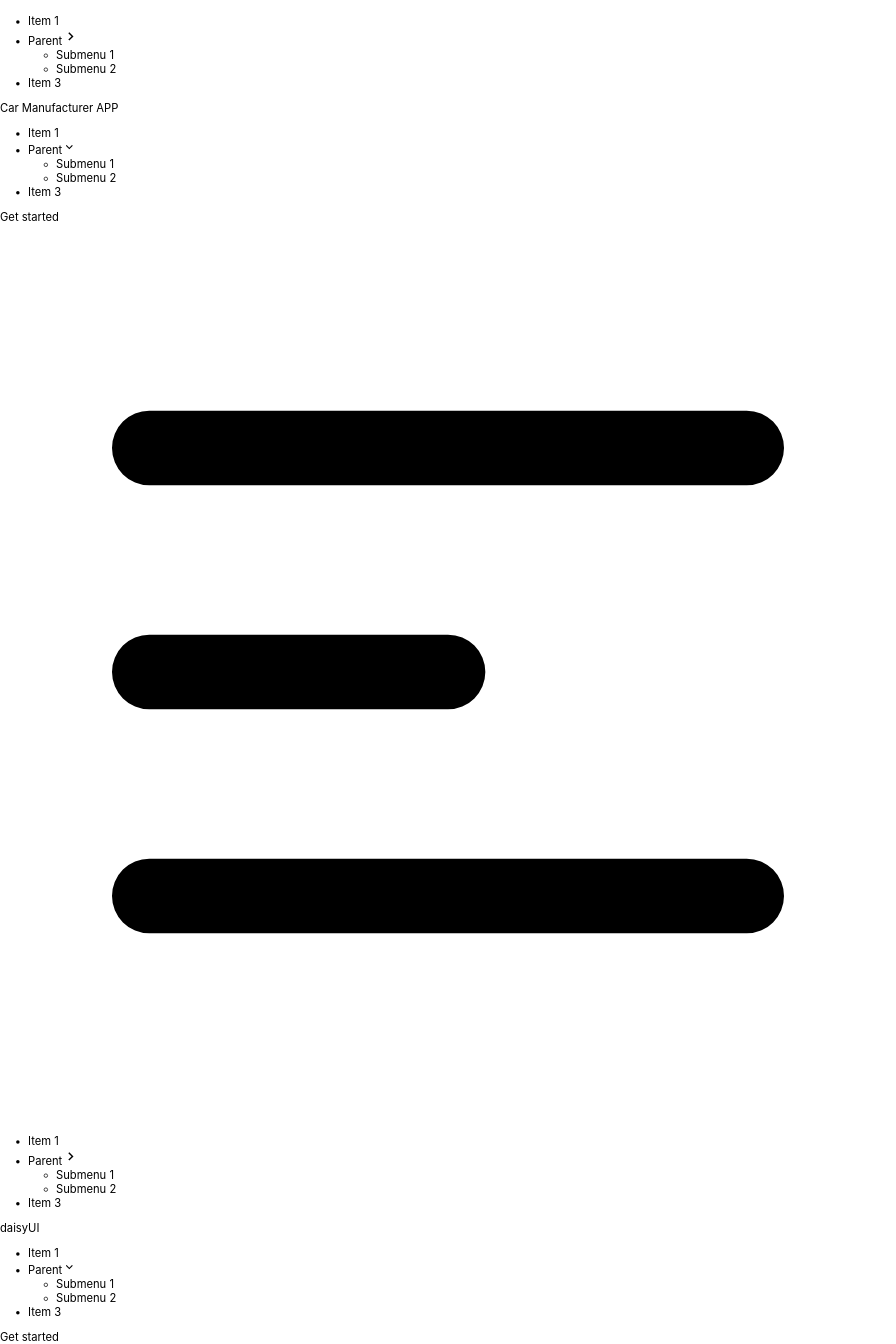
Repository: devsajid/car-manufacturer-app
Page: /
An editor plug-in stored every save of this project. The page is shown before and after the next save, followed by the edit.
The browser window is 1280 px wide. The pictures show the part of the page from y = 1280 to 3200 px (the page is 3200 px tall before and 3136 px after), at 70% of full size.
The project was rebuilt for these pictures with package versions that can differ from the ones it lists, and the page was loaded fresh each time. Also part of the build but not shown: src/App.css.

Above is the page before, as saved 2022-05-22 12:18:25.

### src/App.js
import "./App.css";
import Navbar from "./SharedComponents/Navbar/Navbar";

function App() {
  return (
    <div>
      <Navbar></Navbar>
    </div>
  );
}

export default App;

### src/SharedComponents/Navbar/Navbar.js
import React from "react";

const Navbar = () => {
  return (
    <div>
      <div class="navbar bg-neutral text-base-100">
        <div class="navbar-start text-base-100">
          <div class="dropdown">
            <label tabindex="0" class="btn btn-ghost lg:hidden">
              <svg
                xmlns="http://www.w3.org/2000/svg"
                class="h-5 w-5"
                fill="none"
                viewBox="0 0 24 24"
                stroke="currentColor"
              >
                <path
                  stroke-linecap="round"
                  stroke-linejoin="round"
                  stroke-width="2"
                  d="M4 6h16M4 12h8m-8 6h16"
                />
              </svg>
            </label>
            <ul
              tabindex="0"
              class="menu menu-compact dropdown-content mt-3 p-2 shadow bg-neutral base-100 rounded-box w-100"
            >
              <li>
                <a>Item 1</a>
              </li>
              <li tabindex="0">
                <a class="justify-between text-base-100">
                  Parent
                  <svg
                    class="fill-current"
                    xmlns="http://www.w3.org/2000/svg"
                    width="24"
                    height="24"
                    viewBox="0 0 24 24"
                  >
                    <path d="M8.59,16.58L13.17,12L8.59,7.41L10,6L16,12L10,18L8.59,16.58Z" />
                  </svg>
                </a>
                <ul class="p-2">
                  <li>
                    <a>Submenu 1</a>
                  </li>
                  <li>
                    <a>Submenu 2</a>
                  </li>
                </ul>
              </li>
              <li>
                <a>Item 3</a>
              </li>
            </ul>
          </div>
          <a className="btn btn-ghost bg- normal-case text-base-100 text-xl">
            Car Manufacturer APP
          </a>
        </div>
        <div class="navbar-center hidden lg:flex">
          <ul class="menu menu-horizontal p-0">
            <li>
              <a>Item 1</a>
            </li>
            <li tabindex="0">
              <a>
                Parent
                <svg
                  class="fill-current"
                  xmlns="http://www.w3.org/2000/svg"
                  width="20"
                  height="20"
                  viewBox="0 0 24 24"
                >
                  <path d="M7.41,8.58L12,13.17L16.59,8.58L18,10L12,16L6,10L7.41,8.58Z" />
                </svg>
              </a>
              <ul class="p-2">
                <li>
                  <a>Submenu 1</a>
                </li>
                <li>
                  <a>Submenu 2</a>
                </li>
              </ul>
            </li>
            <li>
              <a>Item 3</a>
            </li>
          </ul>
        </div>
        <div class="navbar-end">
          <a>Get started</a>
        </div>
      </div>
      <div class="navbar bg-base-100">
        <div class="navbar-start">
          <div class="dropdown">
            <label tabindex="0" class="btn btn-ghost lg:hidden">
              <svg
                xmlns="http://www.w3.org/2000/svg"
                class="h-5 w-5"
                fill="none"
                viewBox="0 0 24 24"
                stroke="currentColor"
              >
                <path
                  stroke-linecap="round"
                  stroke-linejoin="round"
                  stroke-width="2"
                  d="M4 6h16M4 12h8m-8 6h16"
                />
              </svg>
            </label>
            <ul
              tabindex="0"
              class="menu menu-compact dropdown-content mt-3 p-2 shadow bg-base-100 rounded-box w-52"
            >
              <li>
                <a>Item 1</a>
              </li>
              <li tabindex="0">
                <a class="justify-between">
                  Parent
                  <svg
                    class="fill-current"
                    xmlns="http://www.w3.org/2000/svg"
                    width="24"
                    height="24"
                    viewBox="0 0 24 24"
                  >
                    <path d="M8.59,16.58L13.17,12L8.59,7.41L10,6L16,12L10,18L8.59,16.58Z" />
                  </svg>
                </a>
                <ul class="p-2">
                  <li>
                    <a>Submenu 1</a>
                  </li>
                  <li>
                    <a>Submenu 2</a>
                  </li>
                </ul>
              </li>
              <li>
                <a>Item 3</a>
              </li>
            </ul>
          </div>
          <a class="btn btn-ghost normal-case text-xl">daisyUI</a>
        </div>
        <div class="navbar-center hidden lg:flex">
          <ul class="menu menu-horizontal p-0">
            <li>
              <a>Item 1</a>
            </li>
            <li tabindex="0">
              <a>
                Parent
                <svg
                  class="fill-current"
                  xmlns="http://www.w3.org/2000/svg"
                  width="20"
                  height="20"
                  viewBox="0 0 24 24"
                >
                  <path d="M7.41,8.58L12,13.17L16.59,8.58L18,10L12,16L6,10L7.41,8.58Z" />
                </svg>
              </a>
              <ul class="p-2">
                <li>
                  <a>Submenu 1</a>
                </li>
                <li>
                  <a>Submenu 2</a>
                </li>
              </ul>
            </li>
            <li>
              <a>Item 3</a>
            </li>
          </ul>
        </div>
        <div class="navbar-end">
          <a class="btn">Get started</a>
        </div>
      </div>
    </div>
  );
};

export default Navbar;

Loaded but not shown: public/index.html (common file); src/index.js (common file); src/index.css (common file); src/reportWebVitals.js (common file)

After the next save:
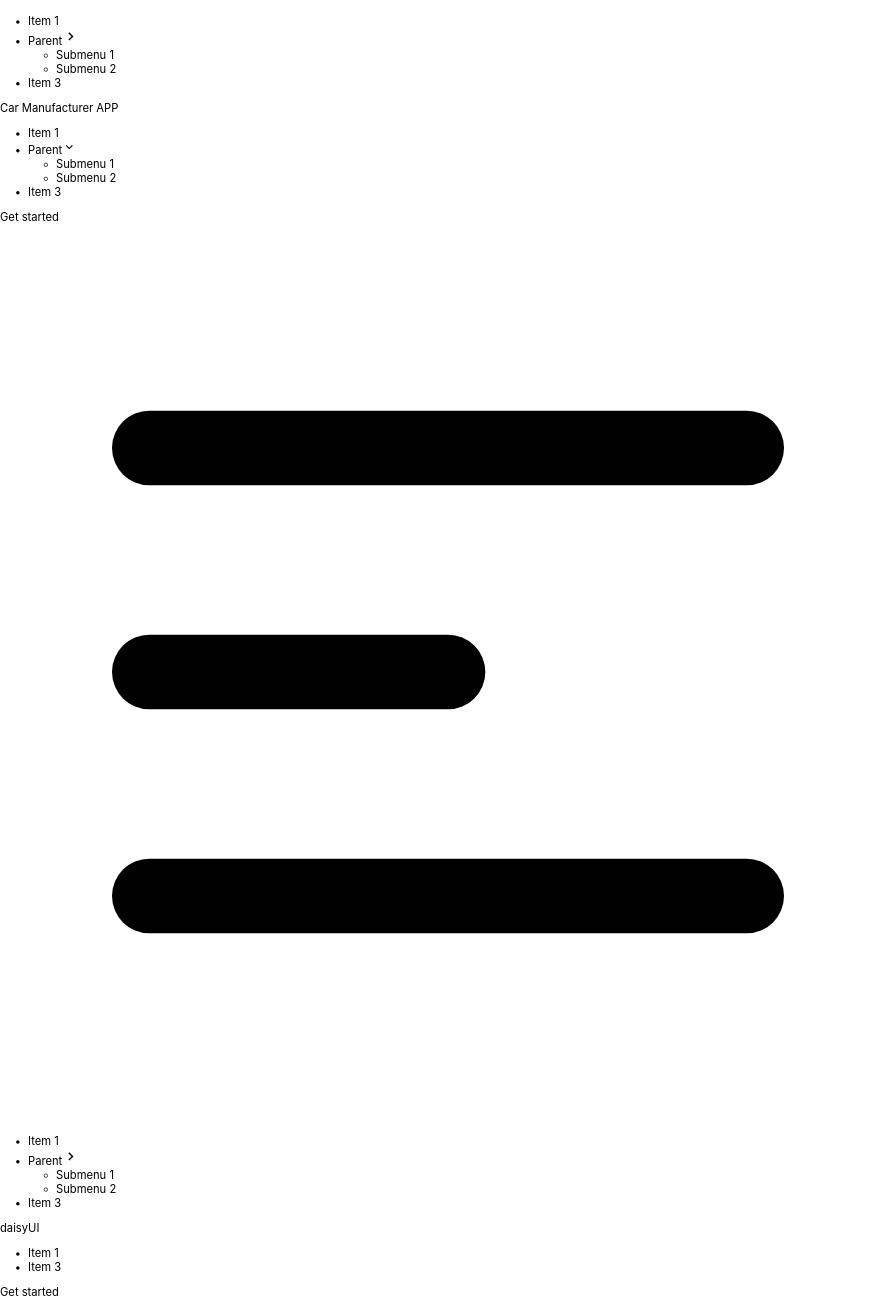
Saved 84 s later.
--- a/src/SharedComponents/Navbar/Navbar.js
+++ b/src/SharedComponents/Navbar/Navbar.js
@@ -156,28 +156,7 @@
             <li>
               <a>Item 1</a>
             </li>
-            <li tabindex="0">
-              <a>
-                Parent
-                <svg
-                  class="fill-current"
-                  xmlns="http://www.w3.org/2000/svg"
-                  width="20"
-                  height="20"
-                  viewBox="0 0 24 24"
-                >
-                  <path d="M7.41,8.58L12,13.17L16.59,8.58L18,10L12,16L6,10L7.41,8.58Z" />
-                </svg>
-              </a>
-              <ul class="p-2">
-                <li>
-                  <a>Submenu 1</a>
-                </li>
-                <li>
-                  <a>Submenu 2</a>
-                </li>
-              </ul>
-            </li>
+
             <li>
               <a>Item 3</a>
             </li>

After the save that followed:
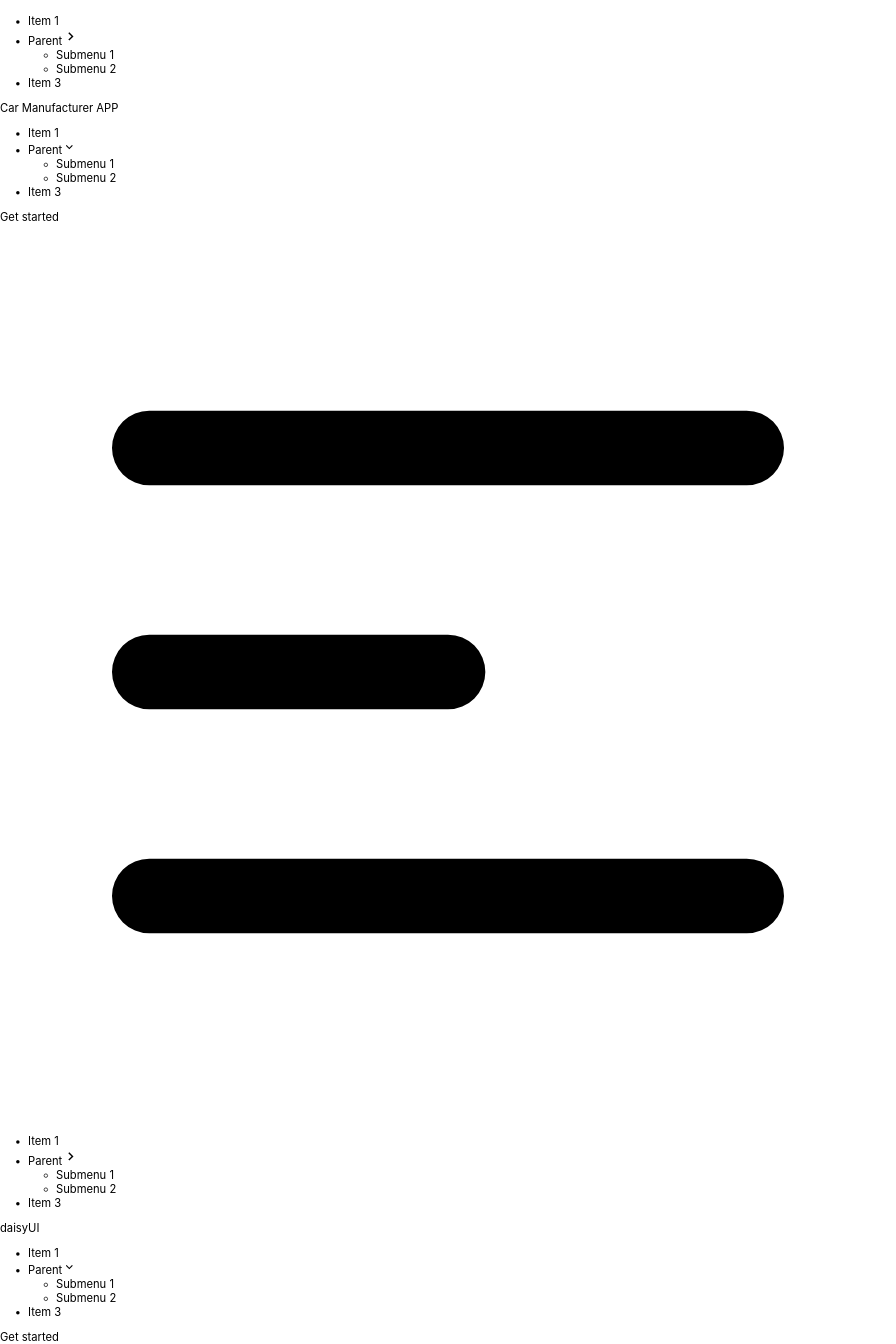
Saved 13 s later.
--- a/src/SharedComponents/Navbar/Navbar.js
+++ b/src/SharedComponents/Navbar/Navbar.js
@@ -156,7 +156,28 @@
             <li>
               <a>Item 1</a>
             </li>
-
+            <li tabindex="0">
+              <a>
+                Parent
+                <svg
+                  class="fill-current"
+                  xmlns="http://www.w3.org/2000/svg"
+                  width="20"
+                  height="20"
+                  viewBox="0 0 24 24"
+                >
+                  <path d="M7.41,8.58L12,13.17L16.59,8.58L18,10L12,16L6,10L7.41,8.58Z" />
+                </svg>
+              </a>
+              <ul class="p-2">
+                <li>
+                  <a>Submenu 1</a>
+                </li>
+                <li>
+                  <a>Submenu 2</a>
+                </li>
+              </ul>
+            </li>
             <li>
               <a>Item 3</a>
             </li>
